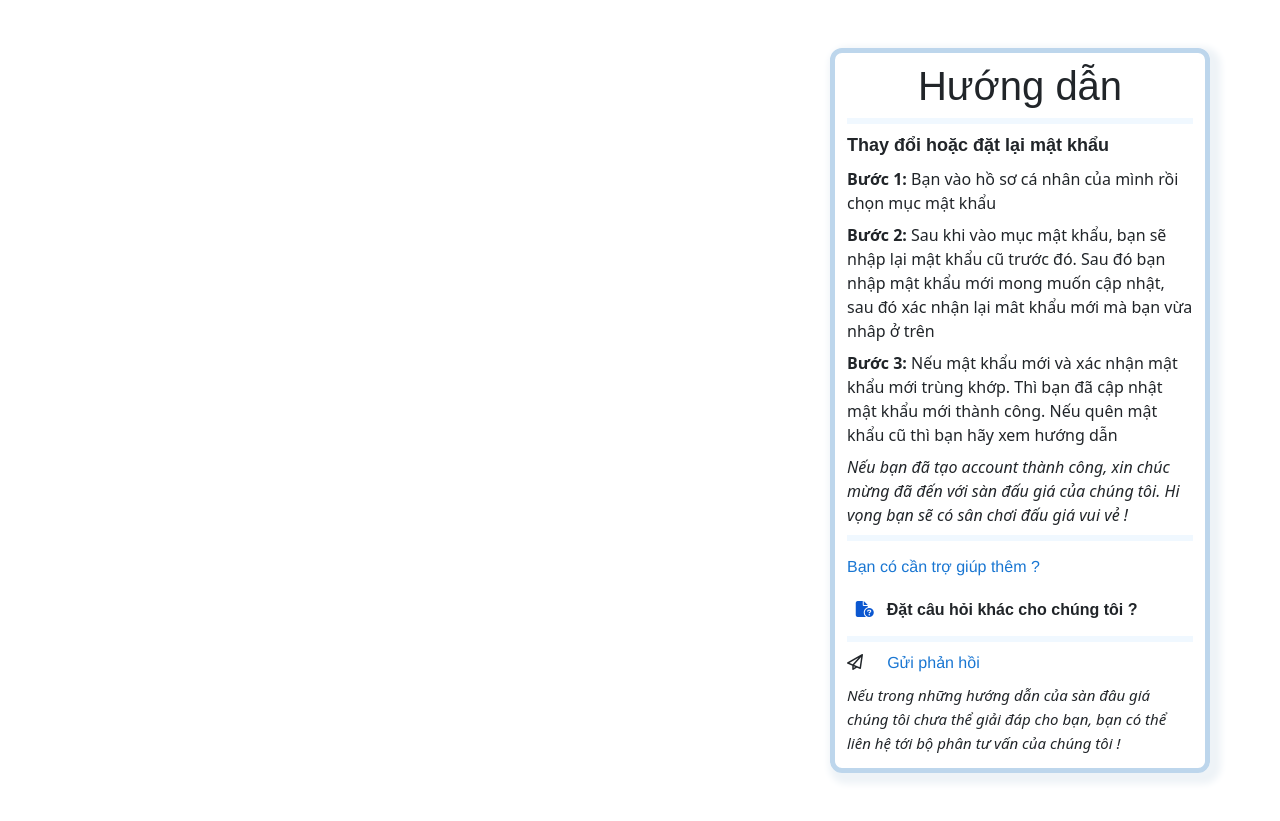
Repository: SonPhamThe/C0622G1-module5
Page: prototype--module6/guides/guide2.html
These files come from the project's save history. The page is drawn as it stood at one moment and after the next save; the edit follows.
The browser window is 1280 px wide. The pictures show the whole page.
Some web libraries are served in a nearby version.

Above is the page before, as saved 2022-12-07 15:34:52.

### prototype--module6/guides/guide2.html
<!DOCTYPE html>
<html lang="en">
  <head>
    <meta charset="UTF-8" />
    <meta
      name="viewport"
      content="width=device-width, user-scalable=no, initial-scale=1.0, maximum-scale=1.0, minimum-scale=1.0"
    />
    <meta http-equiv="X-UA-Compatible" content="ie=edge" />
    <title>Trang chủ hướng dẫn</title>
    <link rel="stylesheet" href="guide1.css" />
    <link rel="icon" type="image/x-icon" href="favicon.ico" />

    <link
      rel="stylesheet"
      href="https://cdnjs.cloudflare.com/ajax/libs/font-awesome/6.2.1/css/all.min.css"
    />

    <link
      href="https://cdn.jsdelivr.net/npm/bootstrap@5.1.3/dist/css/bootstrap.min.css"
      rel="stylesheet"
      integrity="sha384-1BmE4kWBq78iYhFldvKuhfTAU6auU8tT94WrHftjDbrCEXSU1oBoqyl2QvZ6jIW3"
      crossorigin="anonymous"
    />
    <script
      src="https://cdn.jsdelivr.net/npm/bootstrap@5.1.3/dist/js/bootstrap.bundle.min.js"
      integrity="sha384-ka7Sk0Gln4gmtz2MlQnikT1wXgYsOg+OMhuP+IlRH9sENBO0LRn5q+8nbTov4+1p"
      crossorigin="anonymous"
    ></script>
    <link
      rel="stylesheet"
      href="https://cdnjs.cloudflare.com/ajax/libs/font-awesome/5.15.4/css/all.min.css"
    />
  </head>
  <body>
    <!--Khi chọn mục hướng dẫn trên navbar sẽ đổ modal xuống. Ở trang chủ hướng dẫn em tính làm gồm những phần:
      Cách đăng ký account,
      Thay đổi hoặc đặt lại mật khẩu của bạn,
      Quản lý mật khẩu, vv....
      Khi click một trong số option sẽ chuyển qua một form chứa nội dung của từng tiêu đề đó
     -->
    <div class="container mb-5 mt-5">
      <div class="row">
        <div class="col-lg-4"></div>
        <div class="col-lg-4"></div>
        <div class="boxed col-lg-4 shadow-md" style="height: 100% !important">
          <form>
            <div class="mt-1 text-center">
              <h1 style="font-family: sans-serif">Hướng dẫn</h1>
            </div>
            <div
              class="mb-2"
              style="height: 6px; background-color: aliceblue; width: 100%"
            ></div>
            <div class="mb-2">
              <label
                ><strong style="font-family: sans-serif; font-size: large"
                  >Thay đổi hoặc đặt lại mật khẩu</strong
                ></label
              >
            </div>
            <div class="mb-2">
              <span>
                <strong>Bước 1: </strong>
                Bạn vào hồ sơ cá nhân của mình rồi chọn mục mật khẩu
            </div>
            <div class="mb-2">
              <span>
                <strong>Bước 2: </strong>
                Sau khi vào mục mật khẩu, bạn sẽ nhập lại mật khẩu cũ trước đó.
                Sau đó bạn nhập mật khẩu mới mong muốn cập nhật, sau đó xác nhận lại mât khẩu mới mà bạn vừa nhâp ở trên
              </span>
            </div>
            <div class="mb-2">
              <span>
                <strong>Bước 3: </strong>
               Nếu mật khẩu mới và xác nhận mật khẩu mới trùng khớp. Thì bạn đã cập nhật mật khẩu mới thành công.
               Nếu quên mật khẩu cũ thì bạn hãy xem hướng dẫn
              </span>
            </div>

            <div class="mb-2">
              <i>
               Nếu bạn đã tạo account thành công, xin chúc mừng đã đến với sàn đấu giá của chúng tôi. Hi vọng bạn sẽ có sân chơi đấu giá vui vẻ !
              </i>
            </div>

            <div
              class="mb-2"
              style="height: 6px; background-color: aliceblue; width: 100%"
            ></div>

            <div class="mb-2">
              <h6
                class="mt-3 mb-3"
                style="color: #1976d2; font-family: Helvetica"
              >
                Bạn có cần trợ giúp thêm ?
              </h6>
              <div class="mb-2">
                <i class="fa-solid fa-file-circle-question"></i>
                <label style="font-family: sans-serif"
                  ><strong>Đặt câu hỏi khác cho chúng tôi ?</strong></label
                >
              </div>
              <div
                class="mb-2"
                style="height: 6px; background-color: aliceblue; width: 100%"
              ></div>
              <div class="mb-2">
                <i class="fa-regular fa-paper-plane"></i>
                <label
                  style="
                    color: #1976d2;
                    font-family: Helvetica;
                    margin-left: 20px;
                  "
                >
                  Gửi phản hồi
                </label>
              </div>
            </div>
          </form>
          <div class="mb-2">
            <span style="font-size: 15px" class="fst-italic"
              >Nếu trong những hướng dẫn của sàn đâu giá chúng tôi chưa thể giải
              đáp cho bạn, bạn có thể liên hệ tới bộ phân tư vấn của chúng tôi
              !</span
            >
          </div>
        </div>

        <div class="col-lg-3"></div>
      </div>
    </div>
  </body>
  <script src="//ajax.googleapis.com/ajax/libs/jquery/1.9.1/jquery.min.js"></script>
  <script
    src="https://cdn.jsdelivr.net/npm/popper.js@1.12.9/dist/umd/popper.min.js"
    integrity="sha384-ApNbgh9B+Y1QKtv3Rn7W3mgPxhU9K/ScQsAP7hUibX39j7fakFPskvXusvfa0b4Q"
    crossorigin="anonymous"
  ></script>
</html>

### prototype--module6/guides/guide1.css
.boxed {
  width: 400px;
  height: 550px;
}

.boxed {
  border: 5px solid;
  border-image-slice: 1;
  border-color: rgb(189, 214, 236);
  padding: 5px;
  border-radius: 12px;
  background-color: transparent;
  box-shadow: 5px 5px 7px 6px  rgb(238, 243, 247);
}

.fa-solid {
  color: #0b57d0;
  height: 1.125rem;
  margin: 0.55rem;
  visibility: initial;
  width: 1.125rem;
}

After the next save:
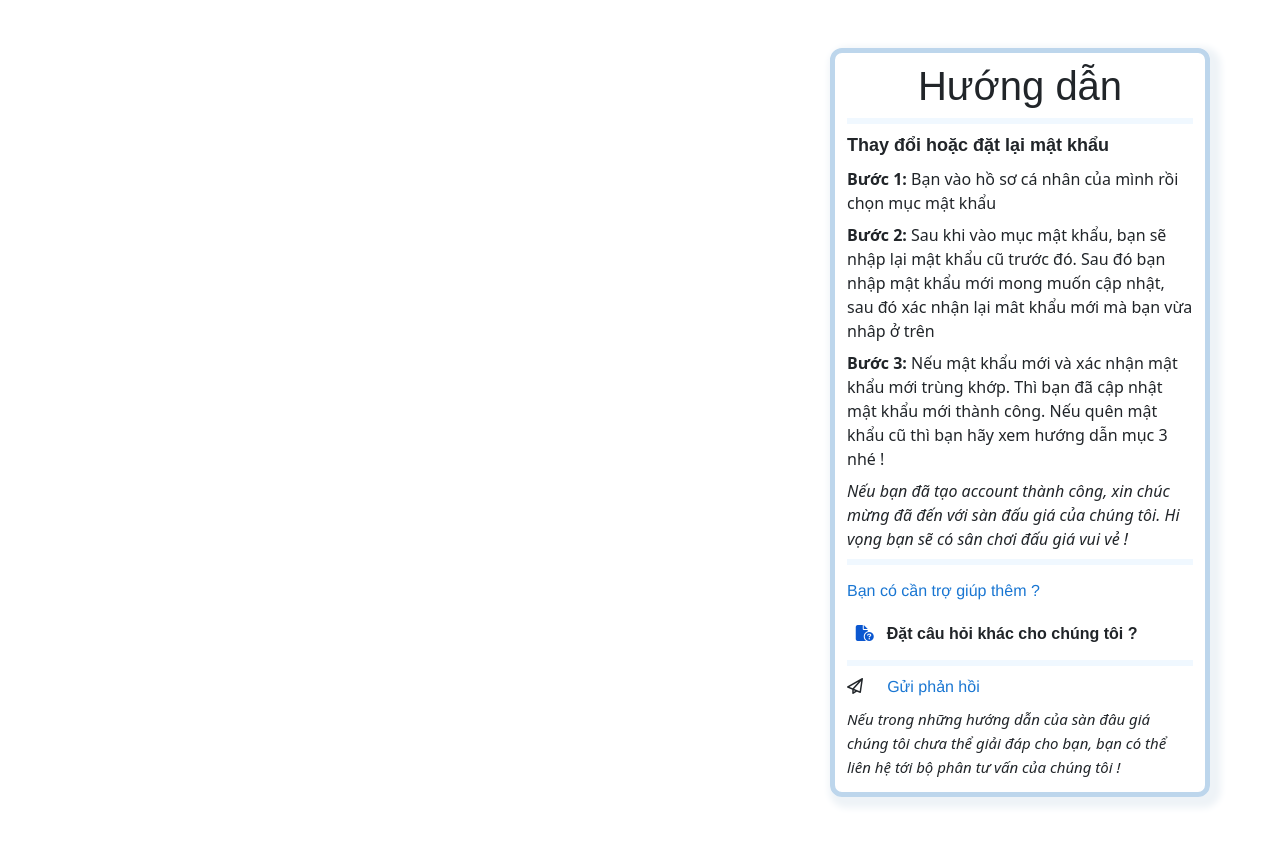
Saved 4 s later.
--- a/prototype--module6/guides/guide2.html
+++ b/prototype--module6/guides/guide2.html
@@ -75,7 +75,7 @@
               <span>
                 <strong>Bước 3: </strong>
                Nếu mật khẩu mới và xác nhận mật khẩu mới trùng khớp. Thì bạn đã cập nhật mật khẩu mới thành công.
-               Nếu quên mật khẩu cũ thì bạn hãy xem hướng dẫn
+               Nếu quên mật khẩu cũ thì bạn hãy xem hướng dẫn mục 3 nhé !
               </span>
             </div>
 
